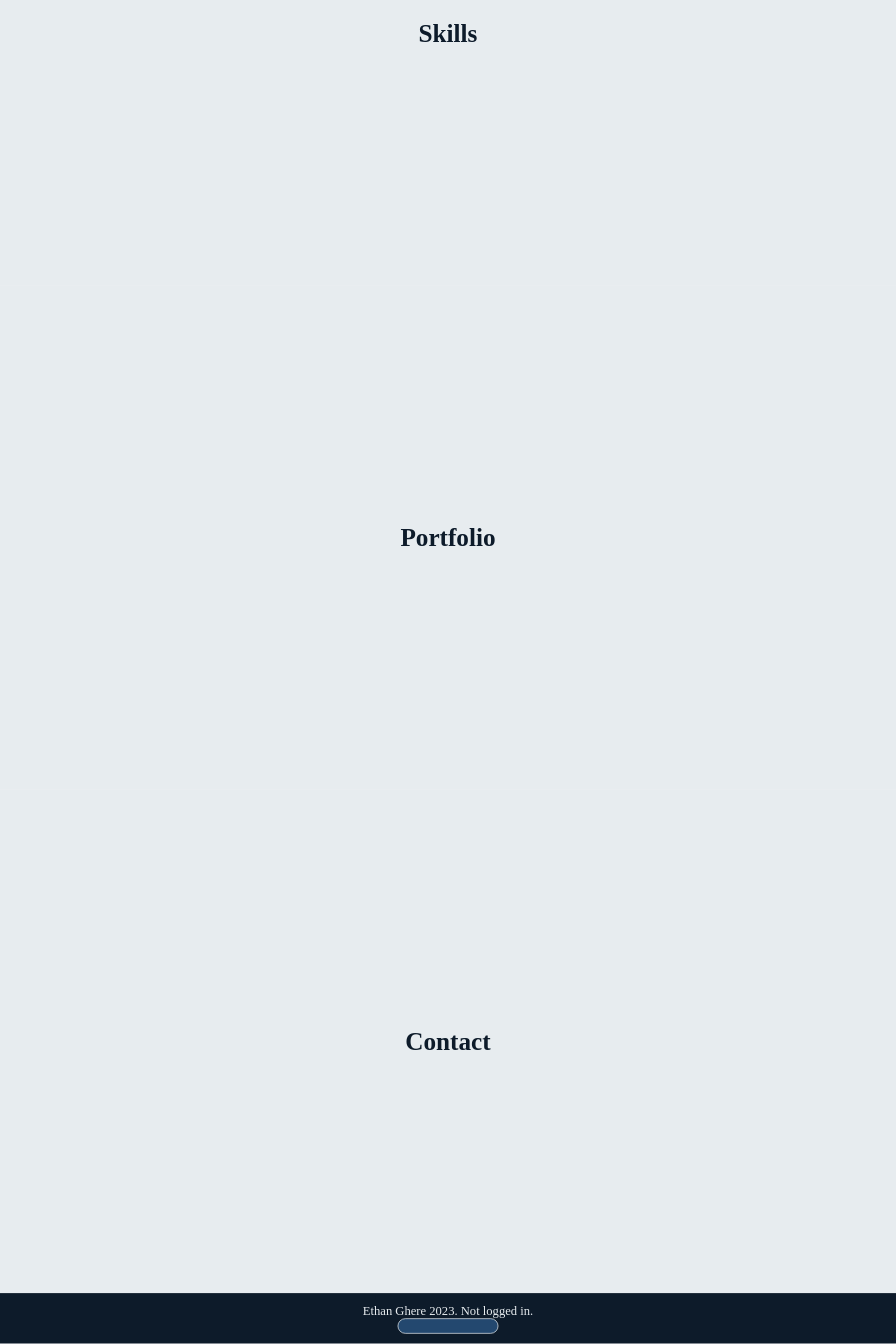
Repository: eghere-bsu/ethanghere-website
Page: http://localhost/php/index.php
An editor plug-in stored every save of this project. The page is shown before and after the next save, followed by the edit.
The browser window is 1280 px wide. The pictures show the part of the page from y = 955 to 2875 px (the page is 2875 px tall), at 70% of full size.
Some web fonts or font styles are not loaded; a fallback is used. The page is run by PHP 8.4 with error messages shown; the project is at /var/www/html/.

Above is the page before, as saved 2023-11-27 15:38:04.

After the next save:
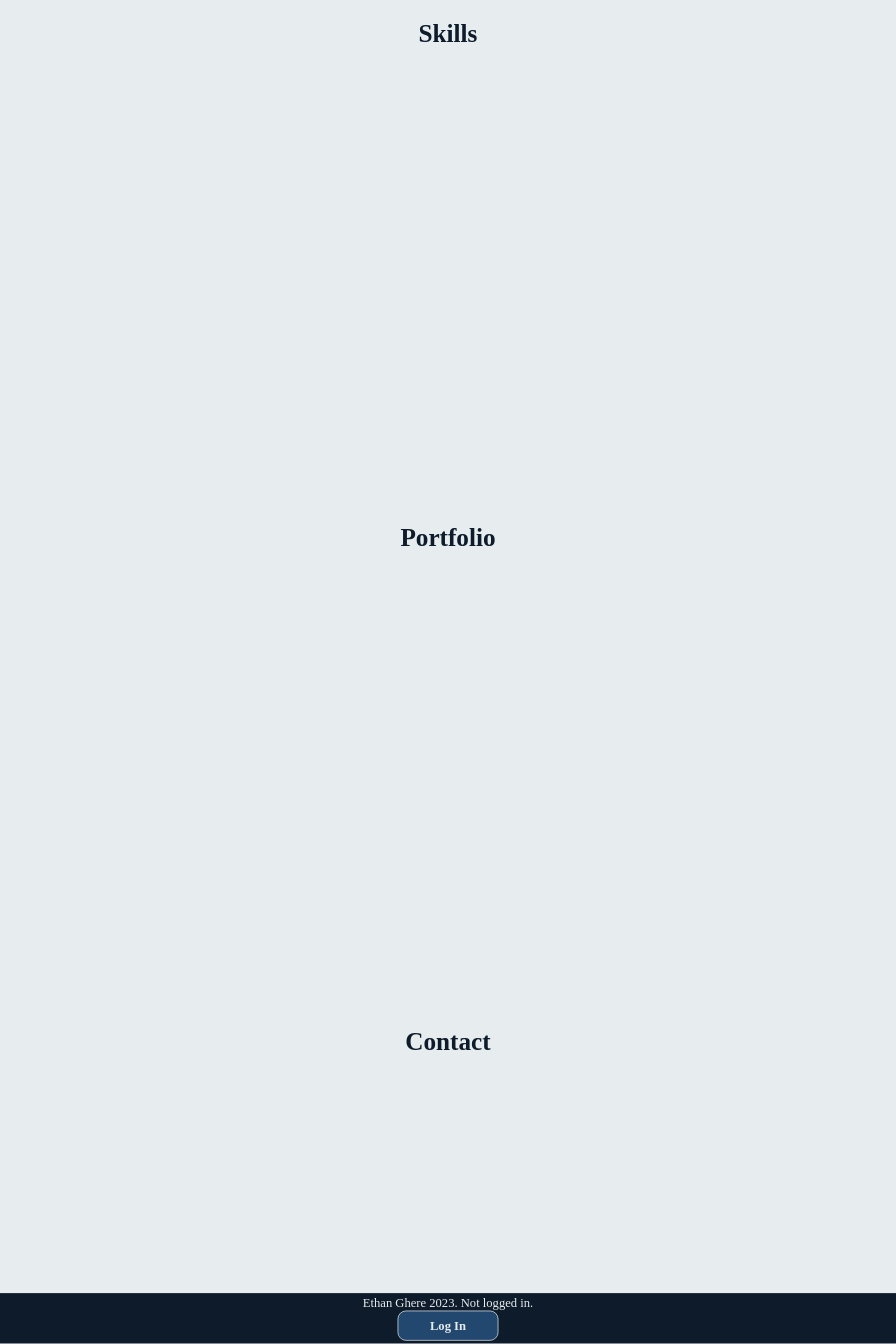
Saved 77 s later.
--- a/php/index.php
+++ b/php/index.php
@@ -81,11 +81,7 @@
         }
       ?>
     </p>
-    <a href="#login" class="button login-modal">
-      <?php
-
-      ?>
-    </a>
+      <a href="#login" class="button login-modal">Log In</a>
   </section>
   <div class="modal" id="login-signup-modal">
       <div class="modal-content">
